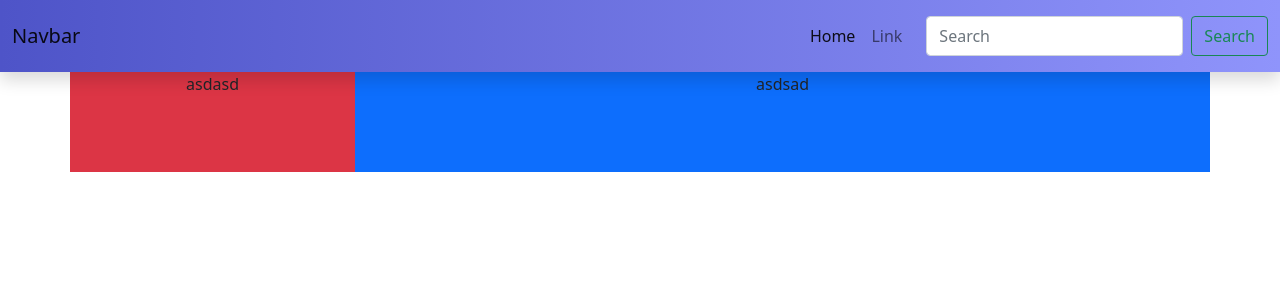
Repository: ttranhhoang/layoutBS
Page: index.html
These files come from the project's save history. The page is drawn as it stood at one moment and after the next save; the edit follows.
The browser window is 1280 px wide. The pictures show the whole page.

Above is the page before, as saved 2022-04-23 17:33:35.

### index.html
<!DOCTYPE html>
<html lang="en">
  <head>
    <meta charset="UTF-8" />
    <meta http-equiv="X-UA-Compatible" content="IE=edge" />
    <meta name="viewport" content="width=device-width, initial-scale=1.0" />
    <title>Layout BS</title>
    <link
      href="https://cdn.jsdelivr.net/npm/bootstrap@5.1.3/dist/css/bootstrap.min.css"
      rel="stylesheet"
      integrity="sha384-1BmE4kWBq78iYhFldvKuhfTAU6auU8tT94WrHftjDbrCEXSU1oBoqyl2QvZ6jIW3"
      crossorigin="anonymous"
    />
    <link rel="stylesheet" href="index.css" />
  </head>
  <body>
    <header class="header">
      <nav class="navbar navbar-expand-lg fixed-top shadow navbar-light">
        <div class="container-fluid">
          <a class="navbar-brand" href="#">Navbar</a>
          <button
            class="navbar-toggler"
            type="button"
            data-bs-toggle="offcanvas"
            data-bs-target="#navbarOffcanvasLg"
            aria-controls="navbarOffcanvasLg"
            aria-expanded="false"
            aria-label="Toggle navigation"
          >
            <span class="navbar-toggler-icon"></span>
          </button>

          <div
            class="offcanvas offcanvas-end"
            tabindex="-1"
            id="navbarOffcanvasLg"
            aria-labelledby="navbarOffcanvasLgLabel"
          >
            <div class="offcanvas-header">
              <h5 class="offcanvas-title" id="offcanvasNavbarLabel">
                Offcanvas
              </h5>
              <button
                type="button"
                class="btn-close text-reset"
                data-bs-dismiss="offcanvas"
                aria-label="Close"
              ></button>
            </div>
            <div class="offcanvas-body">
              <ul class="navbar-nav justify-content-end flex-grow-1 pe-3">
                <li class="nav-item">
                  <a class="nav-link active" aria-current="page" href="#"
                    >Home</a
                  >
                </li>
                <li class="nav-item">
                  <a class="nav-link" href="#">Link</a>
                </li>
              </ul>
              <form class="d-flex">
                <input
                  class="form-control me-2 "
                  type="search"
                  placeholder="Search"
                  aria-label="Search"
                />
                <button class="btn btn-outline-success" type="submit">
                  Search
                </button>
              </form>
            </div>
          </div>
        </div>
      </nav>
    </header>

    <div class="container">
      <div class="row">
        <div class="col-md-3 text-center  bg-danger">asdasd</div>
        <div class="col-md-9 text-center  bg-primary">asdsad</div>
      </div>
    </div>

    <script
      src="https://cdn.jsdelivr.net/npm/bootstrap@5.1.3/dist/js/bootstrap.bundle.min.js"
      integrity="sha384-ka7Sk0Gln4gmtz2MlQnikT1wXgYsOg+OMhuP+IlRH9sENBO0LRn5q+8nbTov4+1p"
      crossorigin="anonymous"
    ></script>
  </body>
</html>

### index.css
*,
*::after,
*::before {
  box-sizing: border-box;
}
/* custom */
button.navbar-toggler:focus {
  box-shadow: none;
}
button[type="button"],
button[type="submit"],
button[class^="btn"]:focus {
  box-shadow: none;
}
button[class*="btn-outline"]:active:focus {
  box-shadow: none;
}

/* styles ui */
body {
  padding-top: 72px;
}
.main {
  height: 100vh;
}
nav.navbar {
  background: #4e54c8; /* fallback for old browsers */
  background: -webkit-linear-gradient(
    to left,
    #8f94fb,
    #4e54c8
  ); /* Chrome 10-25, Safari 5.1-6 */
  background: linear-gradient(
    to left,
    #8f94fb,
    #4e54c8
  ); /* W3C, IE 10+/ Edge, Firefox 16+, Chrome 26+, Opera 12+, Safari 7+ */
}
.navbar {
  padding-top: 1rem;
  padding-bottom: 1rem;
}
.navbar-light .navbar-toggler {
  border: none;
}
div.row {
  height: 100px;
}

After the next save:
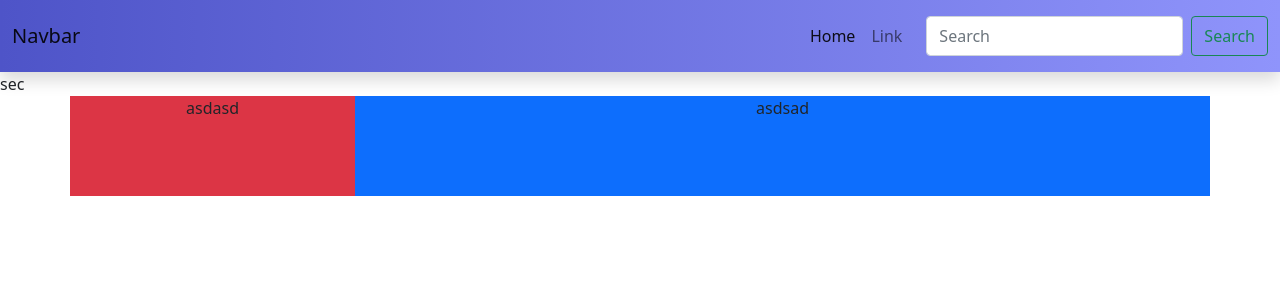
Saved 20 s later.
--- a/index.html
+++ b/index.html
@@ -75,6 +75,7 @@
       </nav>
     </header>
 
+    sec
     <div class="container">
       <div class="row">
         <div class="col-md-3 text-center  bg-danger">asdasd</div>

After the save that followed:
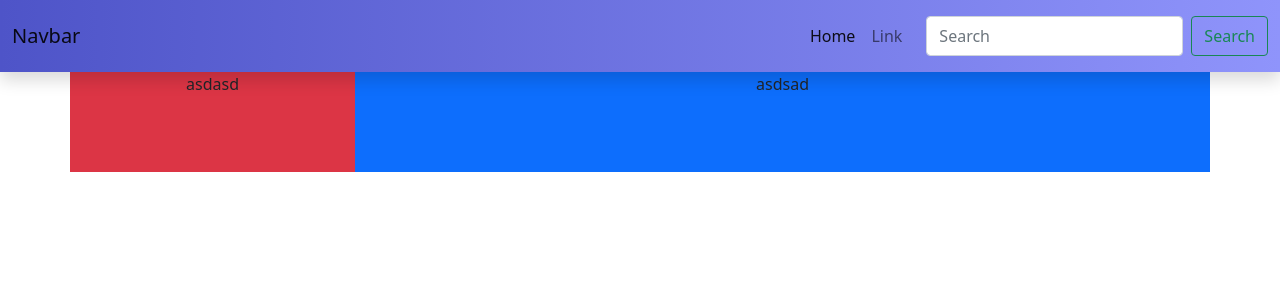
Saved 1 s later.
--- a/index.html
+++ b/index.html
@@ -75,7 +75,7 @@
       </nav>
     </header>
 
-    sec
+    <section></section>
     <div class="container">
       <div class="row">
         <div class="col-md-3 text-center  bg-danger">asdasd</div>
